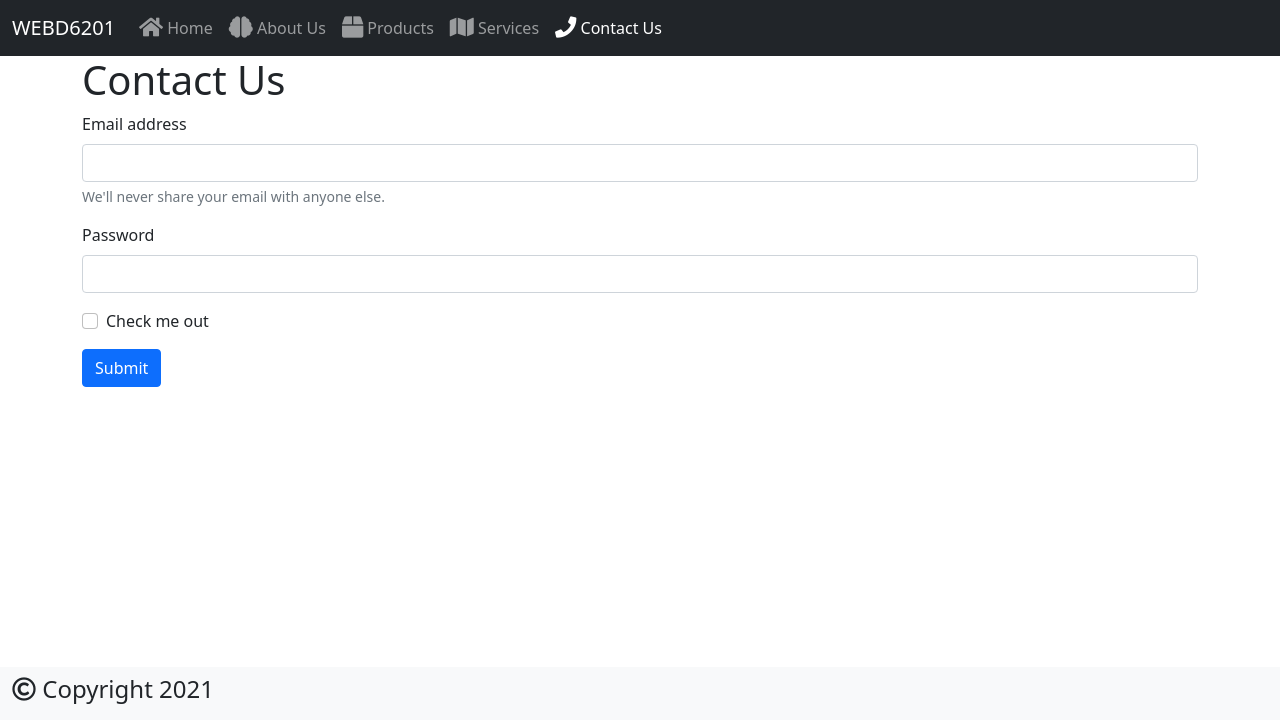
Repository: AshokSasi/WEBD6201-Week3
Page: contact.html
An editor plug-in stored every save of this project. The page is shown before and after the next save, followed by the edit.
The browser window is 1280 px wide. The pictures show the whole page.

Above is the page before, as saved 2021-01-21 10:13:46.

After the next save:
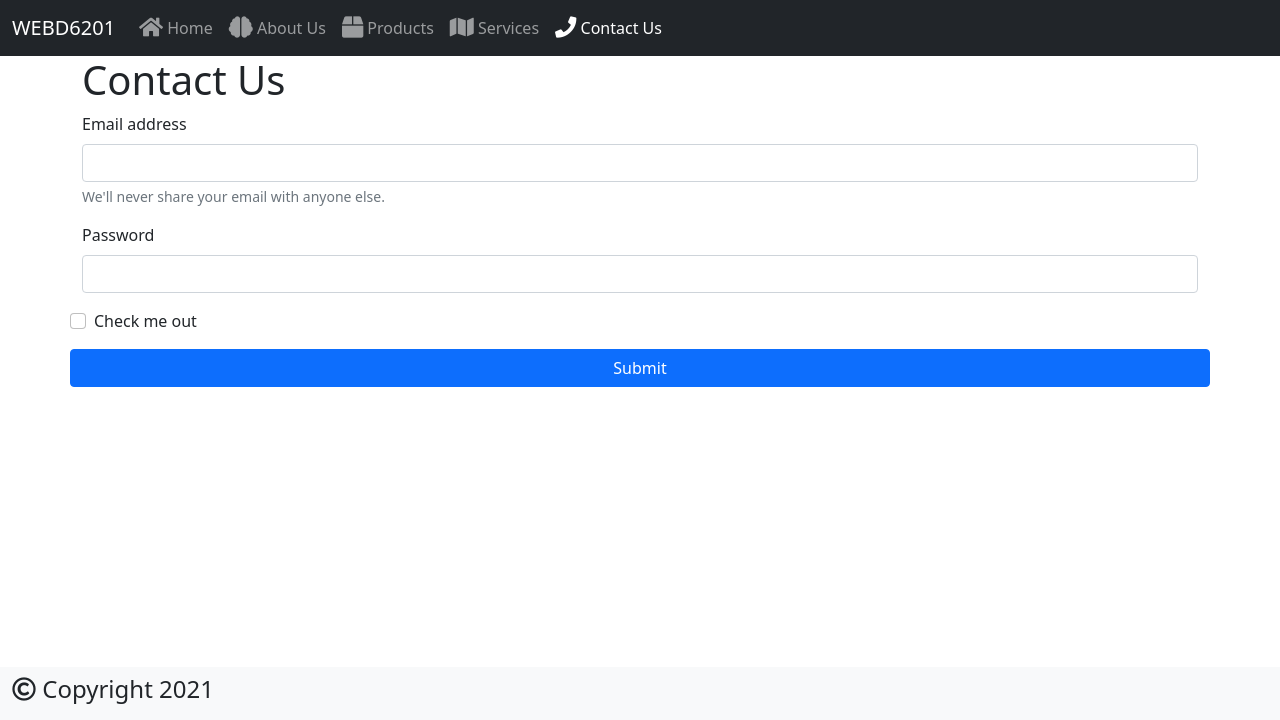
Saved 4 min 32 s later.
--- a/contact.html
+++ b/contact.html
@@ -48,7 +48,7 @@
         <h1>Contact Us</h1>
 
         <!--Contact us form-->
-        <form>
+        <form class="row">
           <div class="mb-3">
             <label for="exampleInputEmail1" class="form-label">Email address</label>
             <input type="email" class="form-control" id="exampleInputEmail1" aria-describedby="emailHelp">

After the save that followed:
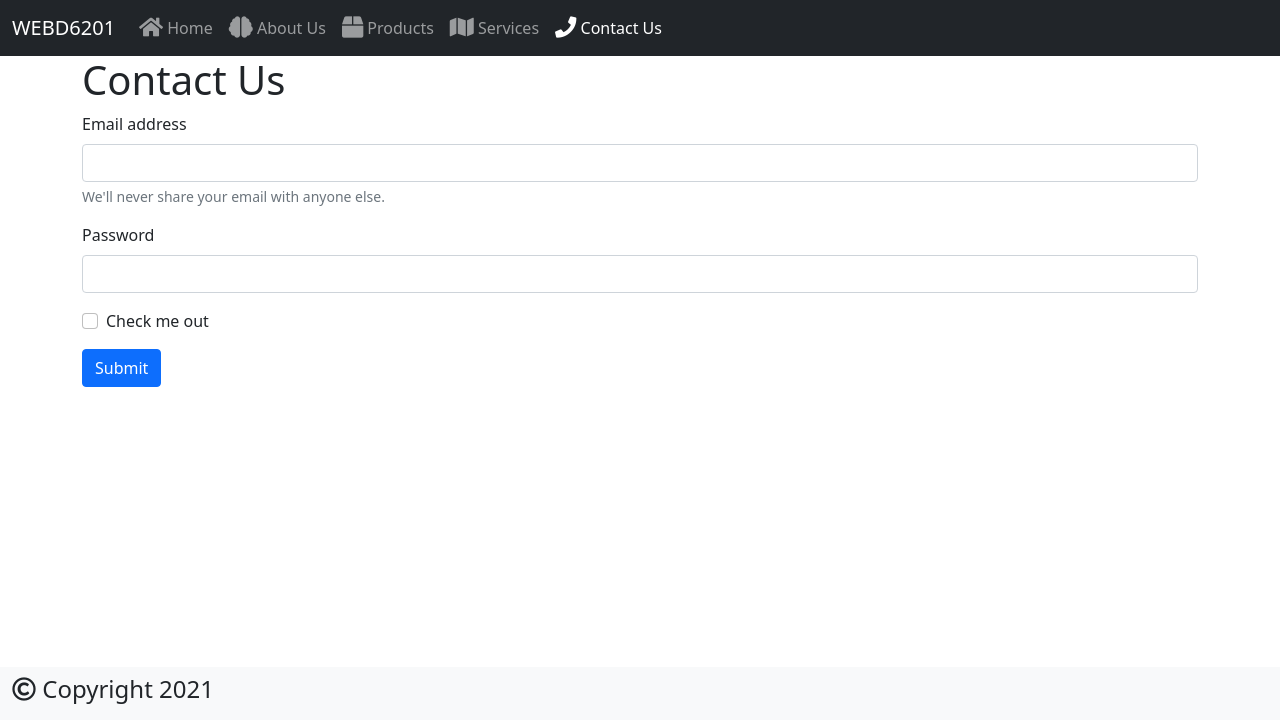
Saved 71 s later.
--- a/contact.html
+++ b/contact.html
@@ -48,22 +48,25 @@
         <h1>Contact Us</h1>
 
         <!--Contact us form-->
-        <form class="row">
-          <div class="mb-3">
-            <label for="exampleInputEmail1" class="form-label">Email address</label>
-            <input type="email" class="form-control" id="exampleInputEmail1" aria-describedby="emailHelp">
-            <div id="emailHelp" class="form-text">We'll never share your email with anyone else.</div>
-          </div>
-          <div class="mb-3">
-            <label for="exampleInputPassword1" class="form-label">Password</label>
-            <input type="password" class="form-control" id="exampleInputPassword1">
-          </div>
-          <div class="mb-3 form-check">
-            <input type="checkbox" class="form-check-input" id="exampleCheck1">
-            <label class="form-check-label" for="exampleCheck1">Check me out</label>
-          </div>
-          <button type="submit" class="btn btn-primary">Submit</button>
-        </form>
+        <div class="row">
+          <form>
+            <div class="mb-3">
+              <label for="exampleInputEmail1" class="form-label">Email address</label>
+              <input type="email" class="form-control" id="exampleInputEmail1" aria-describedby="emailHelp">
+              <div id="emailHelp" class="form-text">We'll never share your email with anyone else.</div>
+            </div>
+            <div class="mb-3">
+              <label for="exampleInputPassword1" class="form-label">Password</label>
+              <input type="password" class="form-control" id="exampleInputPassword1">
+            </div>
+            <div class="mb-3 form-check">
+              <input type="checkbox" class="form-check-input" id="exampleCheck1">
+              <label class="form-check-label" for="exampleCheck1">Check me out</label>
+            </div>
+            <button type="submit" class="btn btn-primary">Submit</button>
+          </form>
+
+        </div>
 
     </main>
 
